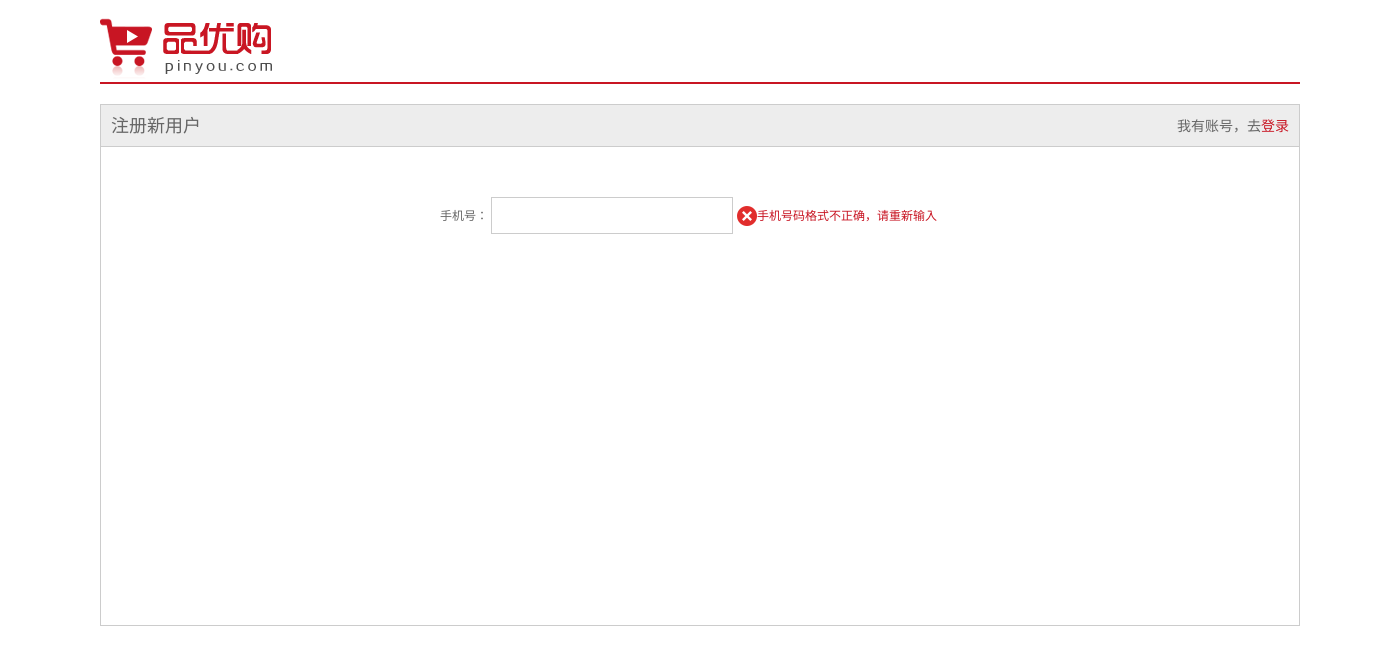
Repository: ywq0312/PinYouGou
Page: register.html
An editor plug-in stored every save of this project. The page is shown before and after the next save, followed by the edit.
The browser window is 1280 px wide. The page is 1400 px wide, so the pictures cover 1400 px, including what lies to the right of the window. The pictures show the whole page.

Above is the page before, as saved 2021-06-28 13:47:07.

After the next save:
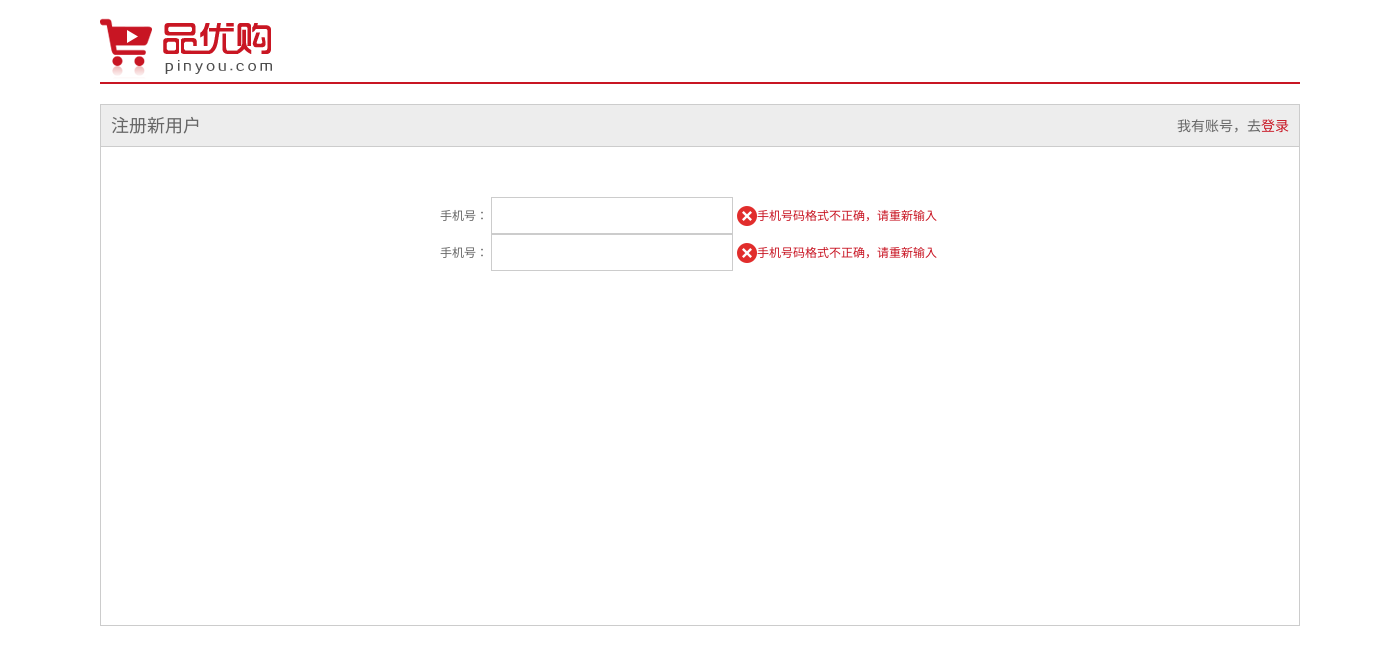
Saved 5 s later.
--- a/register.html
+++ b/register.html
@@ -28,6 +28,9 @@
                     <li><label for="">手机号：</label> <input type="text" name="" id="">
                         <span class="error"> <i class="error-icon"></i>手机号码格式不正确，请重新输入</span>
                     </li>
+                    <li><label for="">手机号：</label> <input type="text" name="" id="">
+                        <span class="error"> <i class="error-icon"></i>手机号码格式不正确，请重新输入</span>
+                    </li>
                 </ul>
             </div>
         </div>
